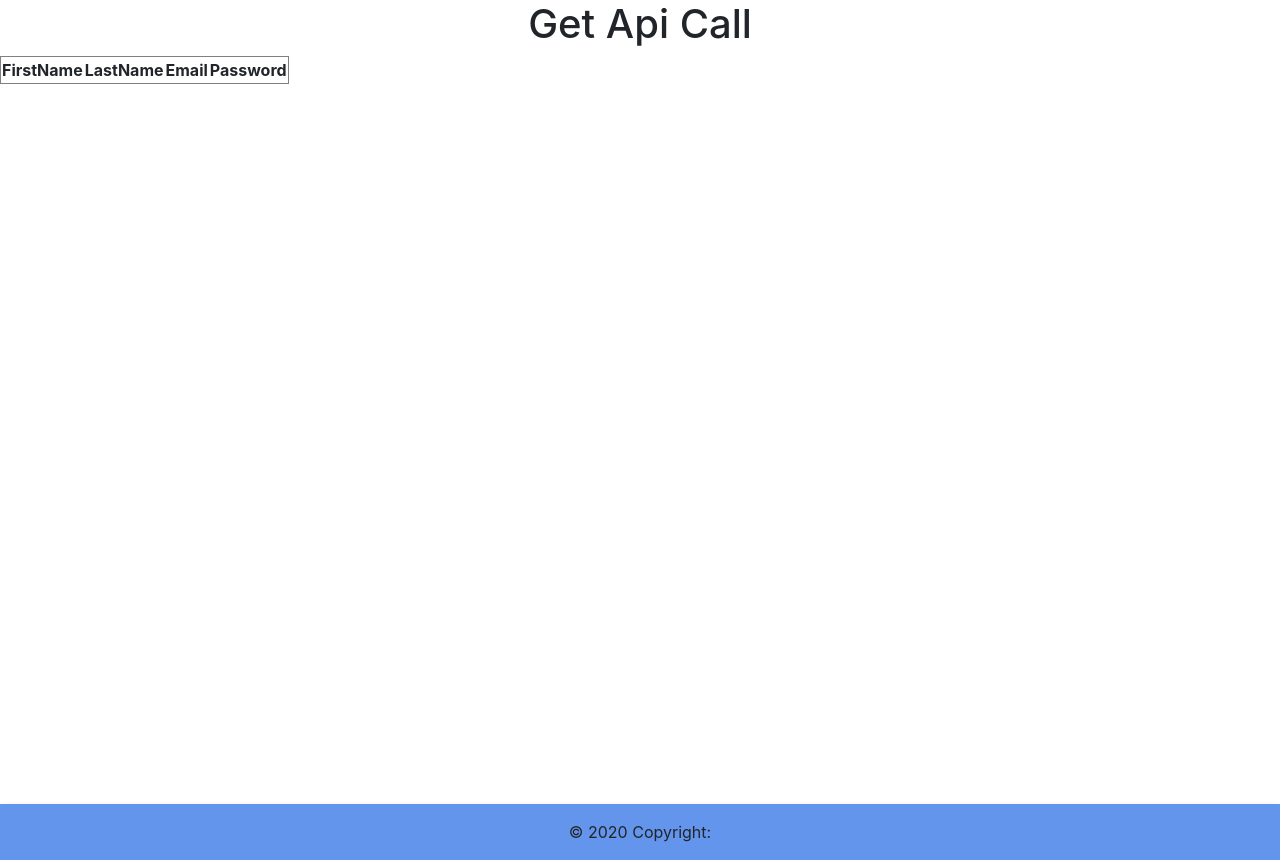
Repository: Sakshamccna/React
Page: /
These files come from the project's save history. The page is drawn as it stood at one moment and after the next save; the edit follows.
The browser window is 1280 px wide. The pictures show the whole page.
The page's requests for data from a server got no answer. The project was rebuilt for these pictures with package versions that can differ from the ones it lists, and the page was loaded fresh each time. No one was signed in, and anything a server would have sent is missing.

Above is the page before, as saved 2022-12-27 11:40:06.

After the next save:
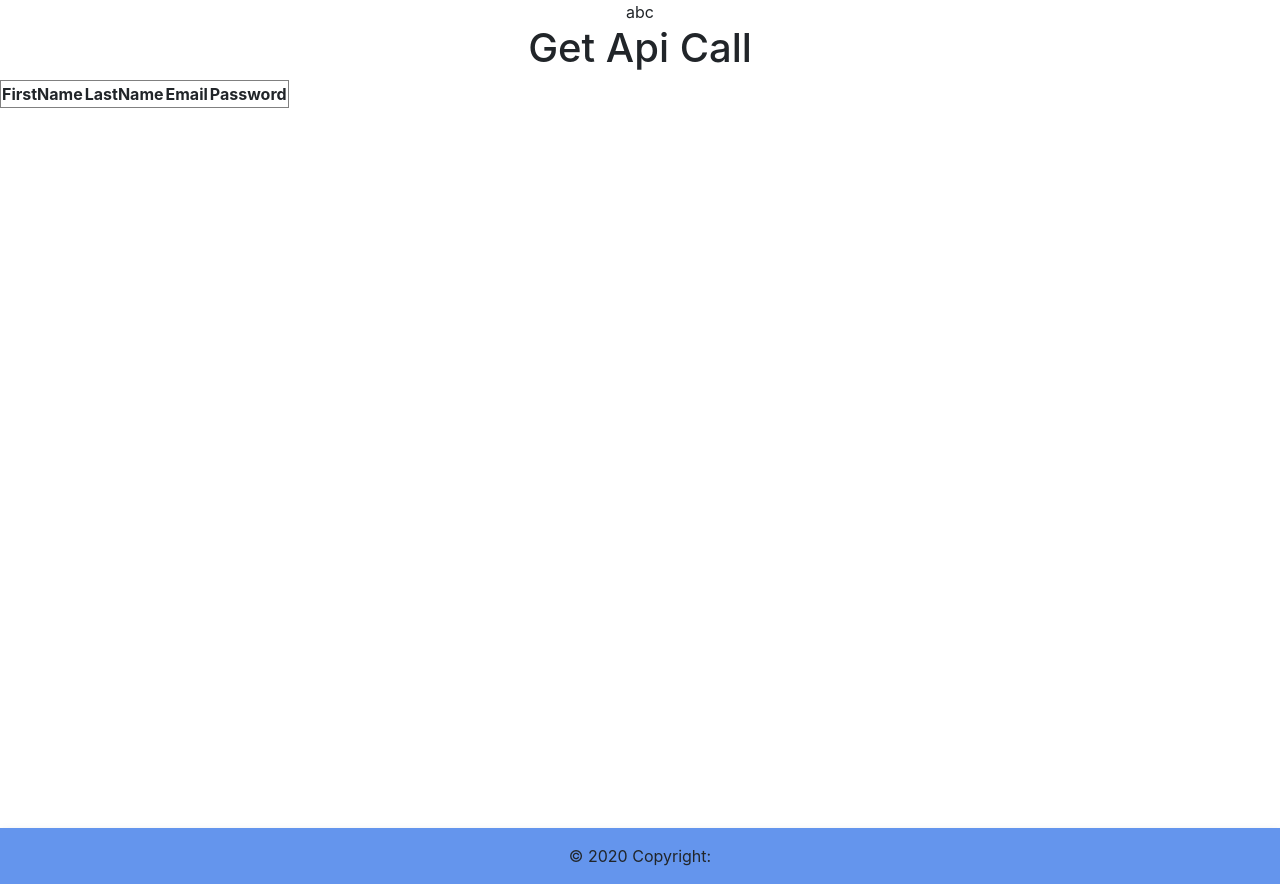
Saved 101 s later.
--- a/src/Components/Getapi.tsx
+++ b/src/Components/Getapi.tsx
@@ -25,6 +25,12 @@ const Getapi = () => {
     // console.warn(data);
     return (
         <>
+            {
+                data.length > 0 ? 'test' : 'abc'
+                // data.map((x:any) => {
+                //     x
+                // })
+            }
             <h1> Get Api Call</h1>
             <table border={1}>
                 <tbody>
